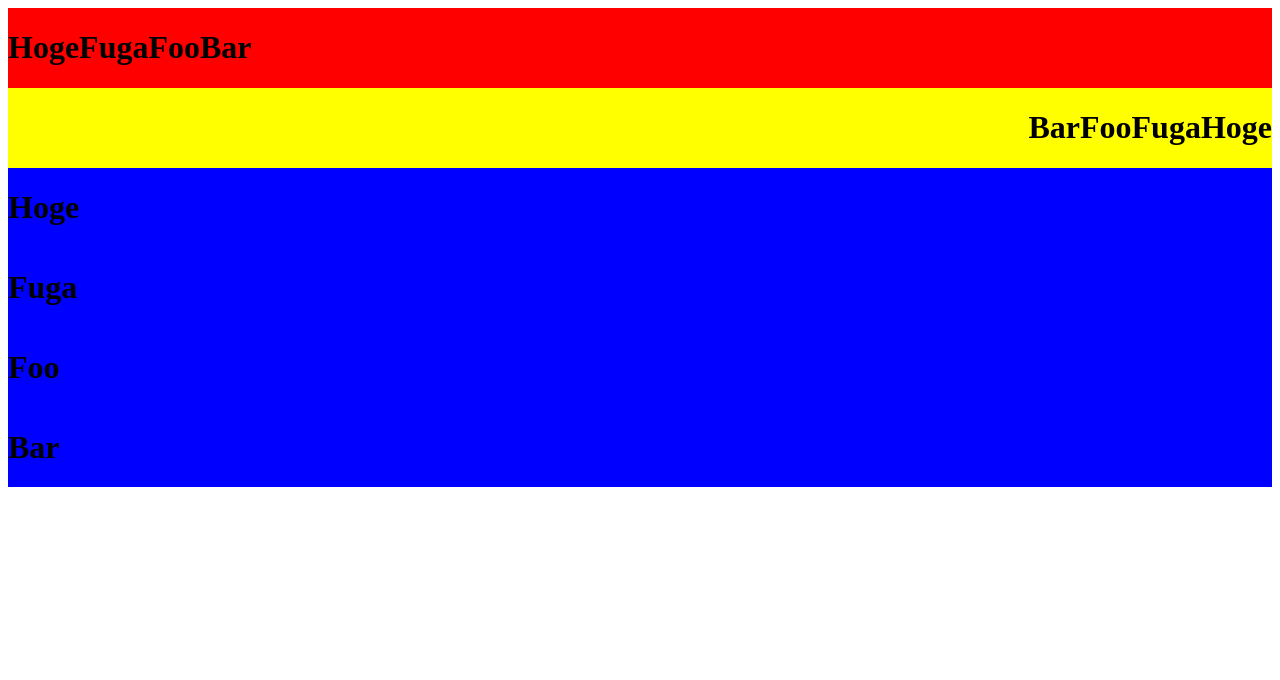
Repository: kota-nakasaka/samurai_HTML-CSS
Page: index2.html
The author's editor kept a record of every edit. The page is drawn from the files as they stood at one moment, then again after the next edit.
The browser window is 1280 px wide. The pictures show the whole page.

Above is the page before.

After the next edit:
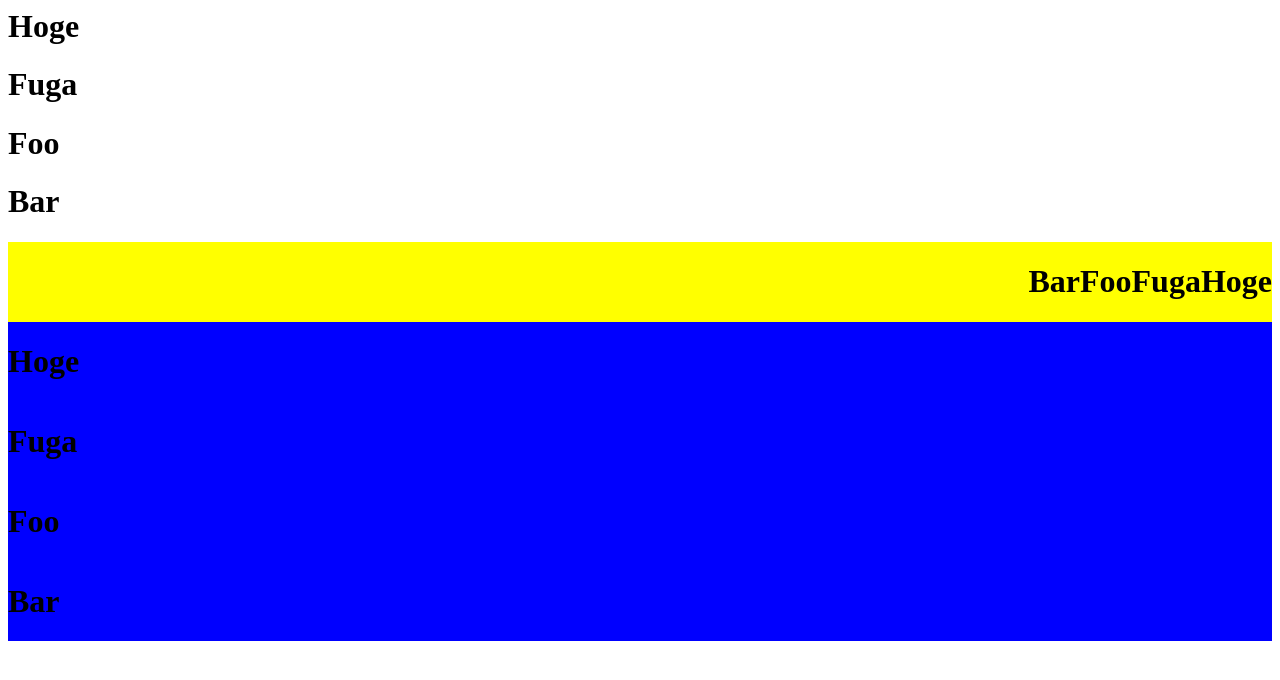
The edit:
--- a/index2.html
+++ b/index2.html
@@ -1,7 +1,7 @@
 <html lang="ja">
     <head>
         <style>
-            #sort {
+            #no-wrap {
                 display: flex;
                 flex-direction: row;
                 background-color: red;
